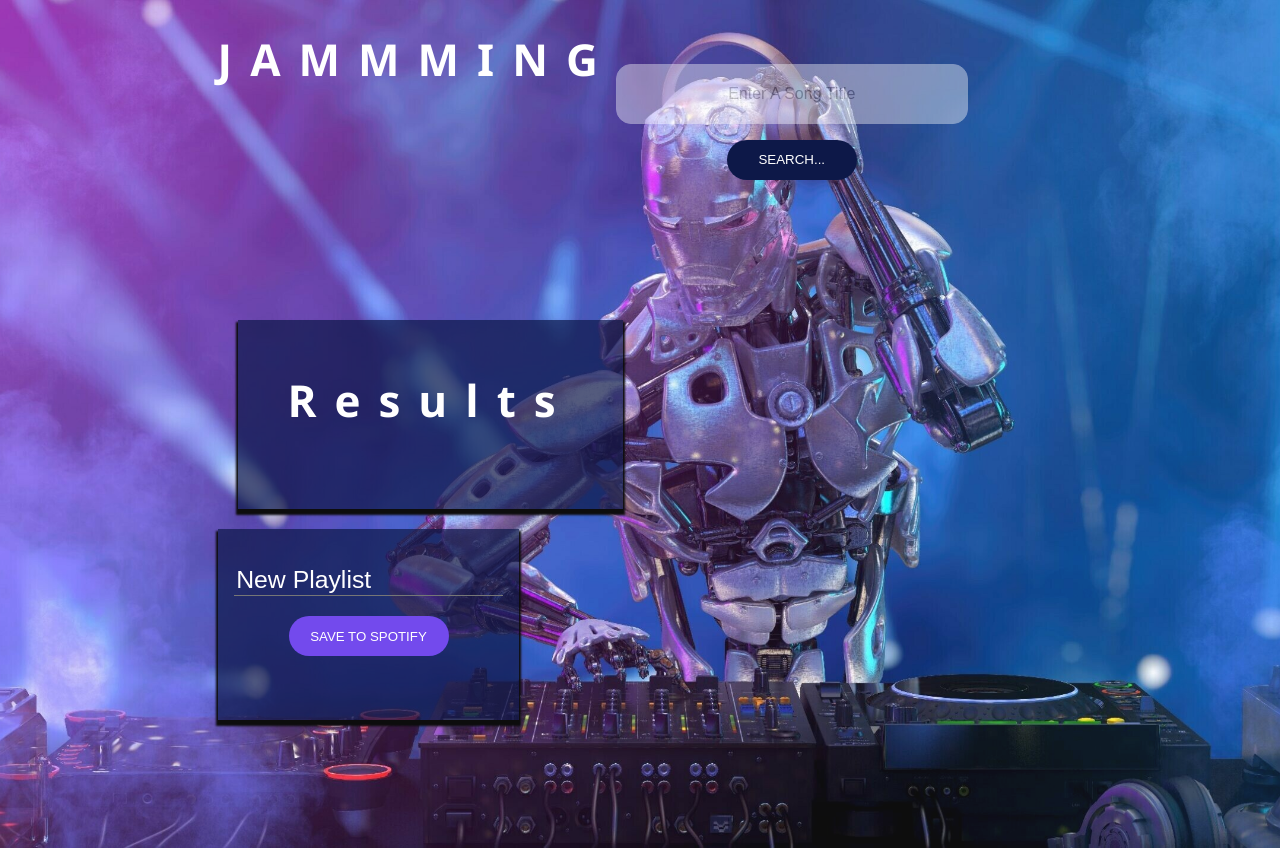
Repository: LolaSL/jamming
Page: /
An editor plug-in stored every save of this project. The page is shown before and after a run of saves, followed by the edit.
The browser window is 1280 px wide. The pictures show the whole page.
The project was rebuilt for these pictures with package versions that can differ from the ones it lists, and the page was loaded fresh each time. Also part of the build but not shown: src/components/Track/Track.css, src/components/Track/Track.jsx.

Above is the page before, as saved 2023-06-22 18:51:43.

After the next 2 saves:
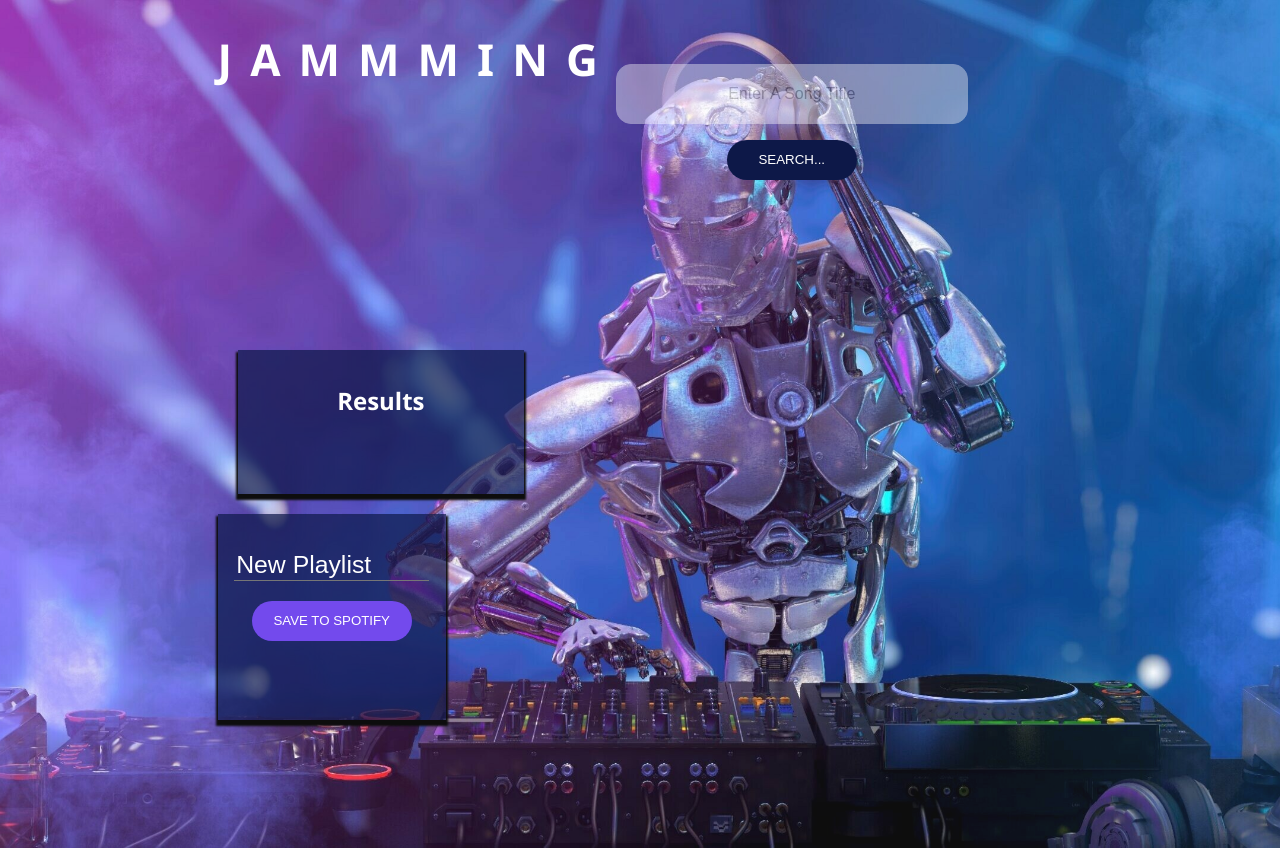
The 2 saves are shown as one change because they came seconds apart.
The last was saved 9 s later.
--- a/src/components/SearchResults/SearchResults.css
+++ b/src/components/SearchResults/SearchResults.css
@@ -9,9 +9,7 @@
   }
   h2{
     font-family:'Segoe UI', Tahoma, Geneva, Verdana, sans-serif;
-    letter-spacing: 18px;
     color: #ffffff;
-    font-size: 2.75rem;
   }
   ::-webkit-scrollbar {
       width: 0px;
